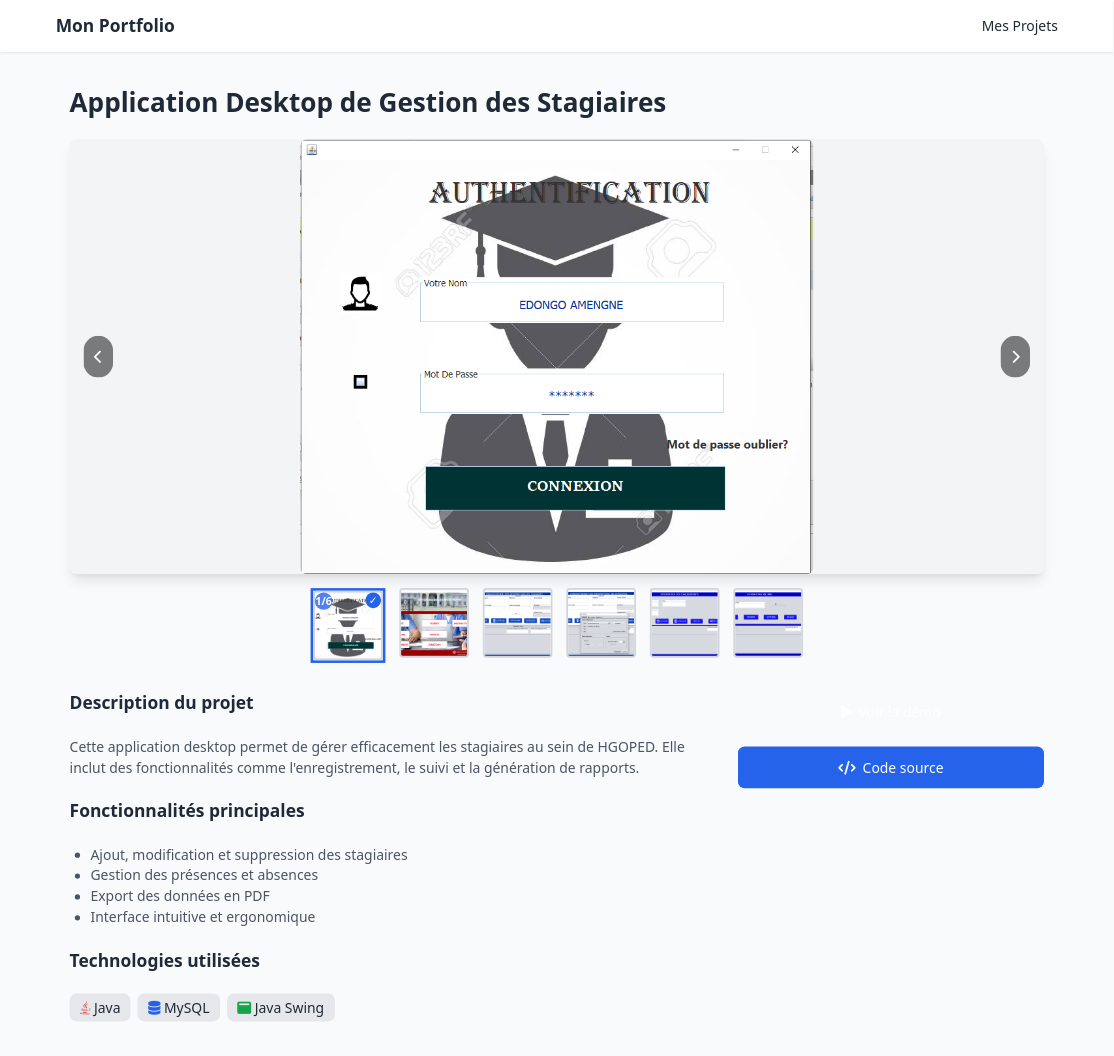
Repository: Edongo999/landry-portfolio
Page: projet-gestion-stagiaires.html
An editor plug-in stored every save of this project. The page is shown before and after the next save, followed by the edit.
The browser window is 1280 px wide. The pictures show the whole page, at 87% of full size.
Some web libraries are served in a nearby version.

Above is the page before, as saved 2025-09-14 02:40:28.

### projet-gestion-stagiaires.html









<!DOCTYPE html>
<html lang="fr">
<head>
  <meta charset="UTF-8" />
  <meta name="viewport" content="width=device-width, initial-scale=1.0" />
  <title>Détail du projet - Portfolio</title>
  <script src="https://cdn.tailwindcss.com"></script>
  <link rel="stylesheet" href="https://cdnjs.cloudflare.com/ajax/libs/font-awesome/6.4.0/css/all.min.css">
  <style>
    /* Miniature active */
    .thumb-active {
      border: 3px solid #2563eb !important; /* bordure bleue */
      position: relative;
    }
    /* Overlay ✓ */
    .thumb-active::after {
      content: "✓";
      position: absolute;
      top: 2px;
      right: 2px;
      background-color: #2563eb;
      color: white;
      font-size: 12px;
      width: 18px;
      height: 18px;
      border-radius: 50%;
      display: flex;
      align-items: center;
      justify-content: center;
    }
    /* Numéro indicateur */
    .thumb-number {
      position: absolute;
      top: 2px;
      left: 2px;
      background-color: rgba(37,99,235,0.8);
      color: white;
      font-size: 12px;
      width: 20px;
      height: 20px;
      border-radius: 50%;
      display: flex;
      align-items: center;
      justify-content: center;
      font-weight: bold;
    }
  </style>
</head>
<body class="bg-gray-50 text-gray-800">

  <!-- Header -->
  <header class="bg-white shadow p-4 sticky top-0 z-50">
    <div class="max-w-6xl mx-auto flex justify-between items-center">
      <h1 class="text-xl font-bold">Mon Portfolio</h1>
      <!-- Lien vers la section Mes Projets -->
      <a href="index.html#projects" class="text-primary-600 hover:underline">Mes Projets</a>
    </div>
  </header>

  <!-- Section Détail Projet -->
  <section class="max-w-6xl mx-auto px-4 py-10">
    <h2 class="text-3xl font-bold mb-6">Application Desktop de Gestion des Stagiaires</h2>

    <!-- Slider images/vidéos -->
    <div class="relative w-full max-h-[500px] mx-auto overflow-hidden rounded-lg shadow-lg mb-4 flex justify-center items-center bg-gray-100">
      <div id="slide-container" class="w-full flex justify-center items-center"></div>
      <button onclick="prevSlide()" class="absolute top-1/2 left-4 transform -translate-y-1/2 bg-black/50 text-white p-3 rounded-full z-10">
        <i class="fas fa-chevron-left"></i>
      </button>
      <button onclick="nextSlide()" class="absolute top-1/2 right-4 transform -translate-y-1/2 bg-black/50 text-white p-3 rounded-full z-10">
        <i class="fas fa-chevron-right"></i>
      </button>
    </div>

    <!-- Miniatures -->
    <div class="flex justify-center gap-4 mb-8 relative" id="thumbnails">
      <div class="relative"><img src="assets/img/GESTION_STA1.PNG" class="w-20 h-20 object-cover cursor-pointer border-2 border-gray-300 rounded" onclick="goToSlide(0)"></div>
      <div class="relative"><img src="assets/img/application desktop.PNG" class="w-20 h-20 object-cover cursor-pointer border-2 border-gray-300 rounded" onclick="goToSlide(1)"></div>
      <div class="relative"><img src="assets/img/application desktop2.PNG" class="w-20 h-20 object-cover cursor-pointer border-2 border-gray-300 rounded" onclick="goToSlide(2)"></div>
      <div class="relative"><img src="assets/img/application desktop3.PNG" class="w-20 h-20 object-cover cursor-pointer border-2 border-gray-300 rounded" onclick="goToSlide(3)"></div>
      <div class="relative"><img src="assets/img/application desktop4.PNG" class="w-20 h-20 object-cover cursor-pointer border-2 border-gray-300 rounded" onclick="goToSlide(4)"></div>
      <div class="relative"><img src="assets/img/application desktop5.PNG" class="w-20 h-20 object-cover cursor-pointer border-2 border-gray-300 rounded" onclick="goToSlide(5)"></div>
    </div>

    <!-- Description + boutons -->
    <div class="grid grid-cols-1 md:grid-cols-3 gap-8">
      <div class="md:col-span-2 space-y-6">
        <h3 class="text-xl font-semibold mb-2">Description du projet</h3>
        <p class="text-gray-600 mb-4">
          Cette application desktop permet de gérer efficacement les stagiaires au sein de HGOPED.
          Elle inclut des fonctionnalités comme l'enregistrement, le suivi et la génération de rapports.
        </p>

        <h3 class="text-xl font-semibold mb-2">Fonctionnalités principales</h3>
        <ul class="list-disc pl-6 text-gray-600 mb-4">
          <li>Ajout, modification et suppression des stagiaires</li>
          <li>Gestion des présences et absences</li>
          <li>Export des données en PDF</li>
          <li>Interface intuitive et ergonomique</li>
        </ul>

        <h3 class="text-xl font-semibold mb-2">Technologies utilisées</h3>
        <div class="flex flex-wrap gap-2 mb-4">
          <span class="flex items-center gap-1 px-3 py-1 bg-gray-200 rounded-lg"><i class="fab fa-java text-red-600"></i> Java</span>
          <span class="flex items-center gap-1 px-3 py-1 bg-gray-200 rounded-lg"><i class="fas fa-database text-blue-600"></i> MySQL</span>
          <span class="flex items-center gap-1 px-3 py-1 bg-gray-200 rounded-lg"><i class="fas fa-window-maximize text-green-600"></i> Java Swing</span>
        </div>
      </div>

      <div class="flex flex-col gap-4 md:sticky md:top-32">
        <a href="projet-gestion-stagiaires.html" class="flex items-center justify-center w-full bg-primary-600 text-white py-3 rounded-lg text-center hover:bg-primary-700">
          <i class="fas fa-play mr-2"></i> Voir la démo
        </a>
        <a href="https://github.com/toncompte/nom-du-projet" target="_blank" class="flex items-center justify-center w-full bg-blue-600 text-white py-3 rounded-lg text-center hover:bg-blue-700">
          <i class="fas fa-code mr-2"></i> Code source
        </a>
      </div>
    </div>
  </section>

<script>
  const slides = [
    { type: 'image', src: "assets/img/GESTION_STA1.PNG" },
    { type: 'image', src: "assets/img/application desktop.PNG" },
    { type: 'image', src: "assets/img/application desktop2.PNG" },
    { type: 'image', src: "assets/img/application desktop3.PNG" },
    { type: 'image', src: "assets/img/application desktop4.PNG" },
    { type: 'image', src: "assets/img/application desktop5.PNG" },
  ];

  let index = 0;
  let slideInterval;
  let userInteracting = false;

  const container = document.getElementById("slide-container");
  const thumbContainers = document.querySelectorAll('#thumbnails > div');
  const thumbs = document.querySelectorAll('#thumbnails img');

  function showSlide() {
    container.innerHTML = '';
    const slide = slides[index];
    const img = document.createElement("img");
    img.src = slide.src;
    img.alt = "Capture du projet";
    img.className = "w-auto max-h-[500px] object-contain rounded-lg transition-all duration-700";
    container.appendChild(img);

    // Miniatures et numéro
    thumbContainers.forEach((div, i) => {
      const oldNum = div.querySelector('.thumb-number');
      if(oldNum) oldNum.remove();
      div.classList.toggle('thumb-active', i === index);
      if(i === index){
        const num = document.createElement('span');
        num.className = 'thumb-number';
        num.textContent = `${i+1}/${slides.length}`;
        div.appendChild(num);
      }
    });
  }

  function nextSlide() { index = (index + 1) % slides.length; showSlide(); }
  function prevSlide() { index = (index - 1 + slides.length) % slides.length; showSlide(); }
  function goToSlide(i){ index = i; showSlide(); }

  function startAutoSlide() { slideInterval = setInterval(()=>{ if(!userInteracting) nextSlide(); }, 20000); }
  function stopAutoSlide(){ clearInterval(slideInterval); }

  const slideWrapper = document.querySelector('.relative');

  slideWrapper.addEventListener('mouseenter', () => userInteracting = true);
  slideWrapper.addEventListener('mouseleave', () => userInteracting = false);

  thumbs.forEach((thumb, i)=>{
    thumb.addEventListener('click', ()=>{
      userInteracting = true;
      goToSlide(i);
      setTimeout(()=> userInteracting=false,2000);
    });
  });

  document.querySelector('.absolute.left-4').addEventListener('click', ()=>{
    userInteracting=true;
    prevSlide();
    setTimeout(()=> userInteracting=false,2000);
  });
  document.querySelector('.absolute.right-4').addEventListener('click', ()=>{
    userInteracting=true;
    nextSlide();
    setTimeout(()=> userInteracting=false,2000);
  });

  showSlide();
  startAutoSlide();
</script>
</body>
</html>

After the next save:
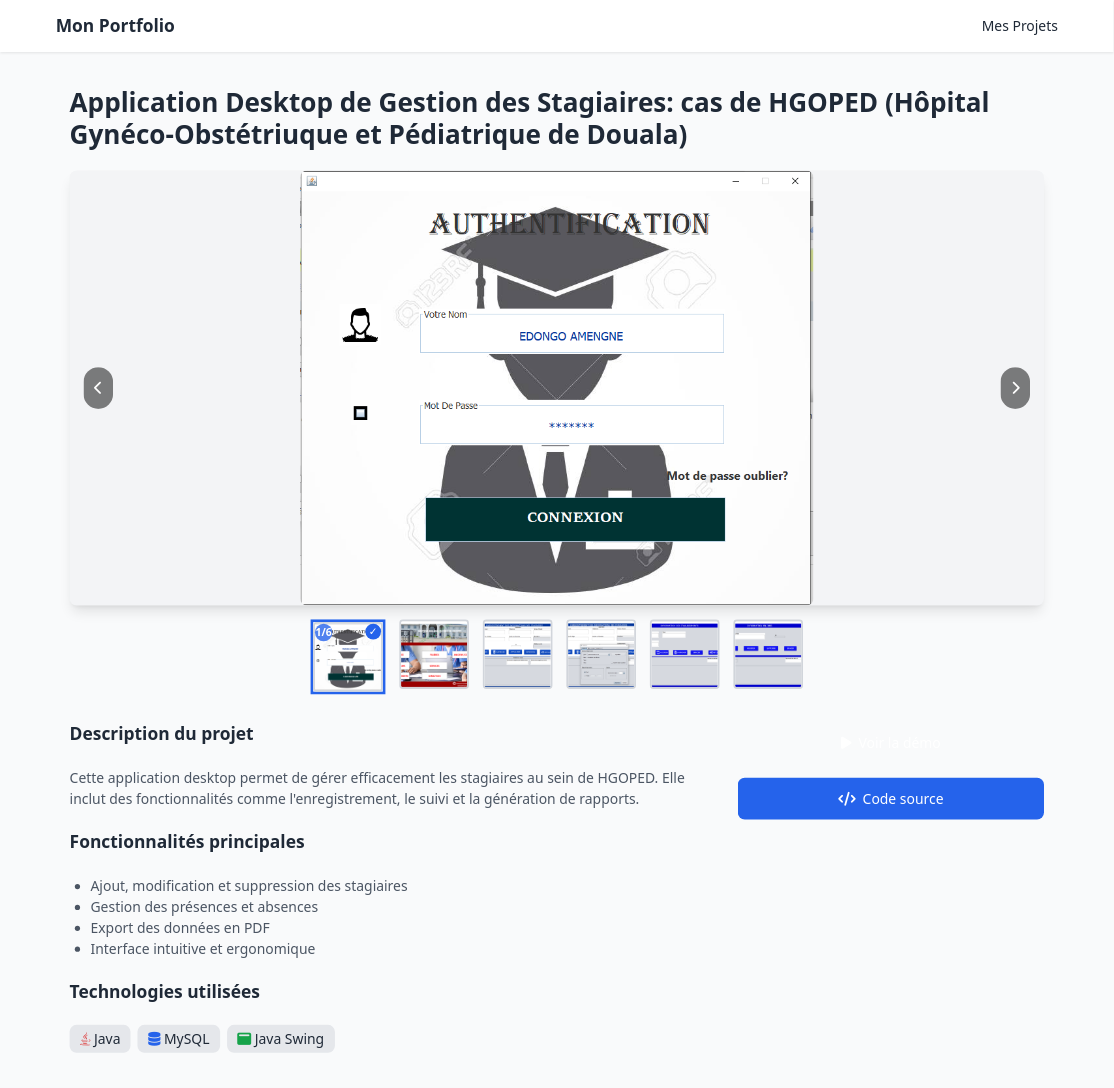
Saved 2 min 51 s later.
--- a/projet-gestion-stagiaires.html
+++ b/projet-gestion-stagiaires.html
@@ -1,11 +1,3 @@
-
-
-
-
-
-
-
-
 
 <!DOCTYPE html>
 <html lang="fr">
@@ -68,7 +60,7 @@
 
   <!-- Section Détail Projet -->
   <section class="max-w-6xl mx-auto px-4 py-10">
-    <h2 class="text-3xl font-bold mb-6">Application Desktop de Gestion des Stagiaires</h2>
+    <h2 class="text-3xl font-bold mb-6">Application Desktop de Gestion des Stagiaires: cas de HGOPED (Hôpital Gynéco-Obstétriuque et Pédiatrique de Douala)</h2>
 
     <!-- Slider images/vidéos -->
     <div class="relative w-full max-h-[500px] mx-auto overflow-hidden rounded-lg shadow-lg mb-4 flex justify-center items-center bg-gray-100">

After the save that followed:
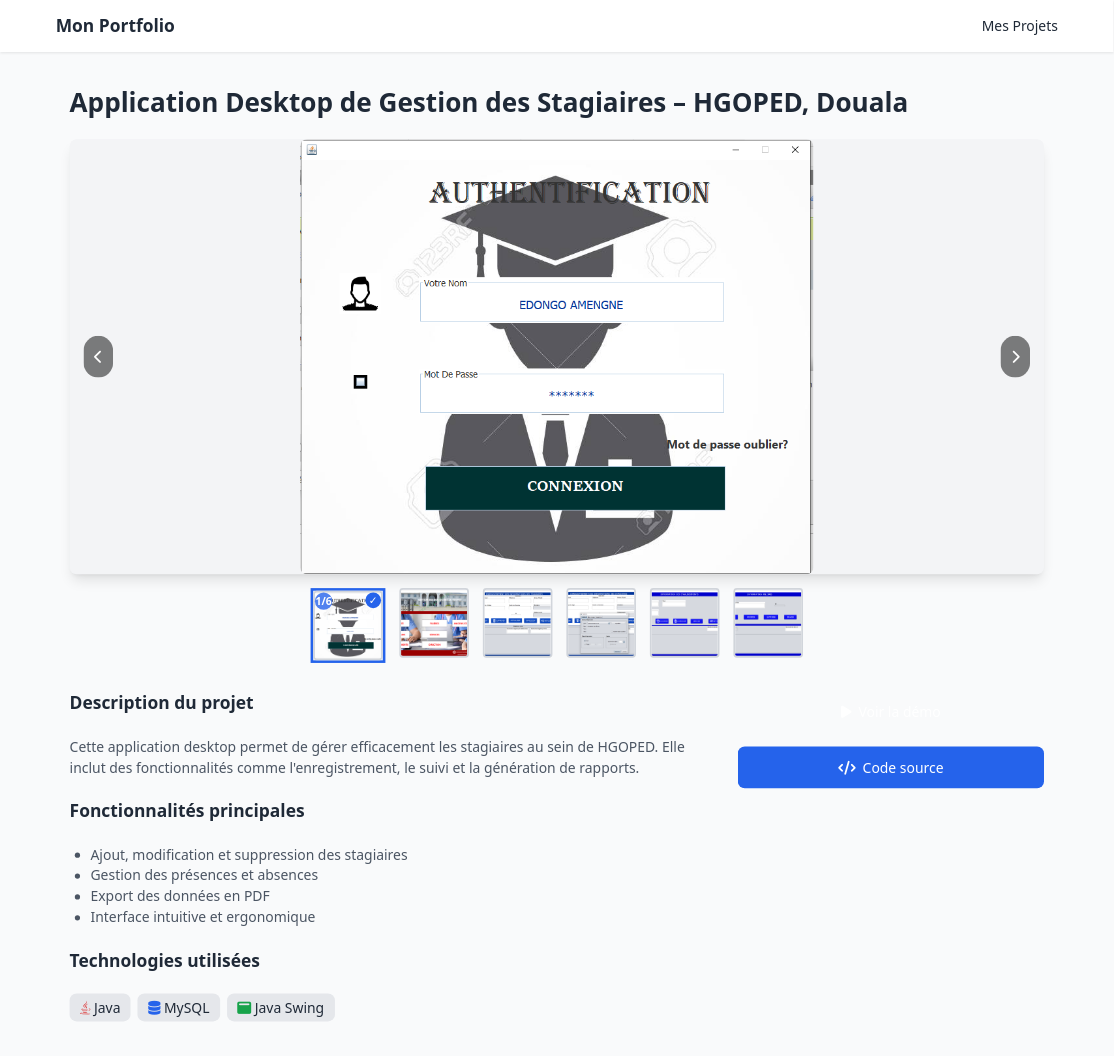
Saved 2 min 54 s later.
--- a/projet-gestion-stagiaires.html
+++ b/projet-gestion-stagiaires.html
@@ -60,7 +60,11 @@
 
   <!-- Section Détail Projet -->
   <section class="max-w-6xl mx-auto px-4 py-10">
-    <h2 class="text-3xl font-bold mb-6">Application Desktop de Gestion des Stagiaires: cas de HGOPED (Hôpital Gynéco-Obstétriuque et Pédiatrique de Douala)</h2>
+    <h2 class="text-2xl md:text-3xl font-semibold mb-6">
+  Application Desktop de Gestion des Stagiaires – HGOPED, Douala
+</h2>
+
+
 
     <!-- Slider images/vidéos -->
     <div class="relative w-full max-h-[500px] mx-auto overflow-hidden rounded-lg shadow-lg mb-4 flex justify-center items-center bg-gray-100">
